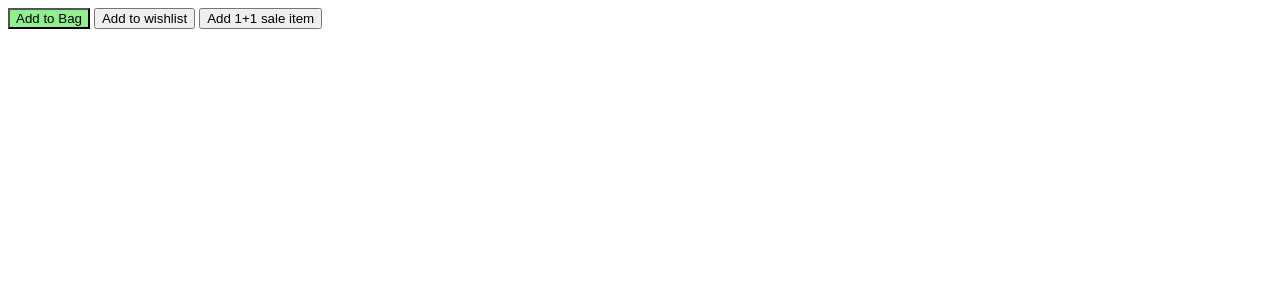
Repository: nihalani20/Learning-Js
Page: practice_set2/index.html
The author's editor kept a copy of each file at every save. The page is drawn from the files as they stood at one save, then again after a run of saves.
The browser window is 1280 px wide. The pictures show the whole page.

Above is the page before, as saved 2023-12-09 12:23:18.

### practice_set2/index.html
<!DOCTYPE html>
<html lang="en">
<head>
  <meta charset="UTF-8">
  <meta name="viewport" content="width=device-width, initial-scale=1.0">
  <title>Myntra bag exercise</title>
  <link  href="/practice_set2/style.css" rel="stylesheet">
  <link href="/practice_set2/index.js" >
</head>
<body>
  <main>
     <button class="bag" onclick="alert('Added to bag')">Add to Bag</button>
      <button class="wishlist" onclick="alert('Added to wishlist')">Add to wishlist</button>
      <button class="item" onclick="alert('Item added')">Add 1+1 sale item</button>

  </main>
</body>
</html>

### practice_set2/style.css
.bag{
  background-color:lightgreen;
  border

}

After the next 2 saves:
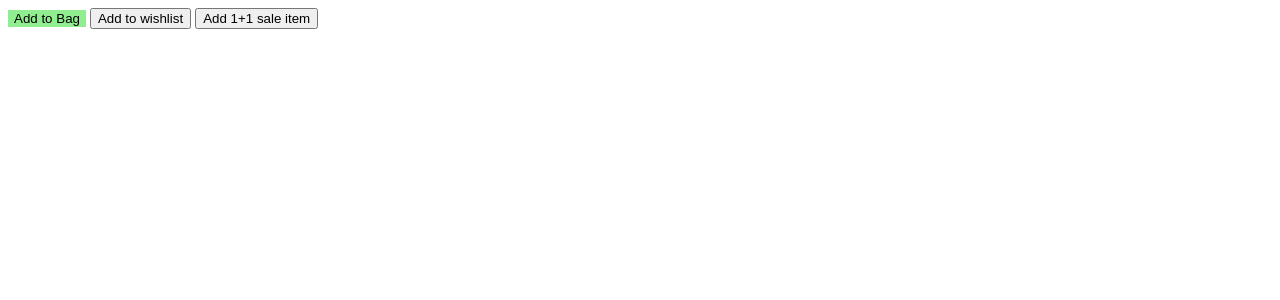
The 2 saves are shown as one change because they came seconds apart.
The last was saved 7 s later.
--- a/practice_set2/style.css
+++ b/practice_set2/style.css
@@ -1,5 +1,6 @@
 .bag{
   background-color:lightgreen;
-  border
+  border:none;
+
 
 }
